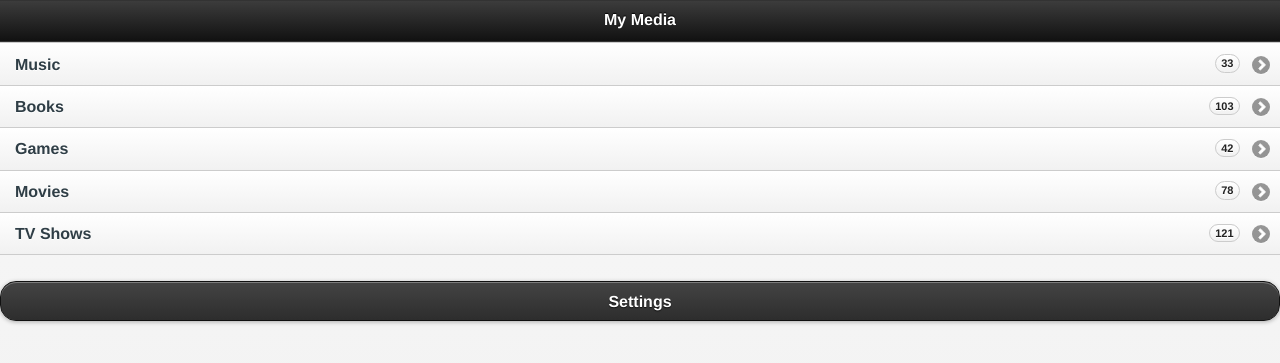
Repository: shavo0915/MediaCollectionApp
Page: MediaCollectionApp/assets/www/index.html
These files come from the project's save history. The page is drawn as it stood at one moment and after the next save; the edit follows.
The browser window is 1280 px wide. The pictures show the whole page.

Above is the page before, as saved 2013-01-30 21:11:36.

After the next save:
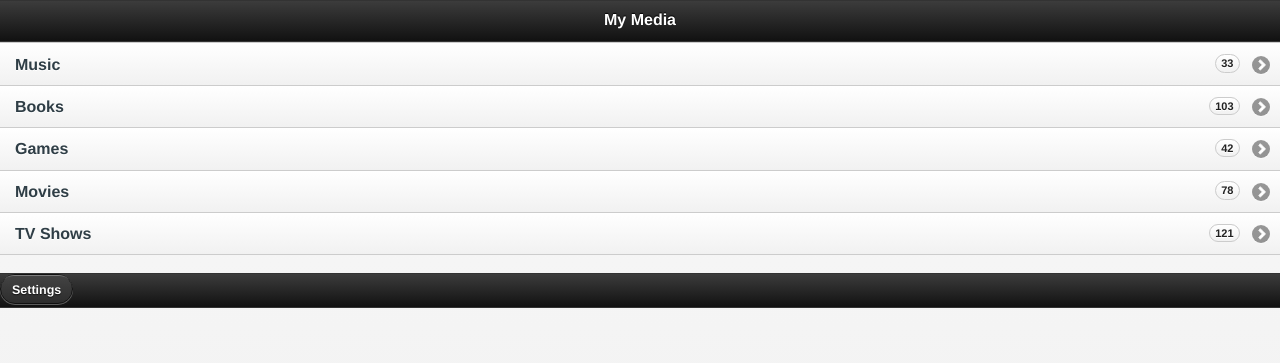
Saved 65 min 15 s later.
--- a/MediaCollectionApp/assets/www/index.html
+++ b/MediaCollectionApp/assets/www/index.html
@@ -50,7 +50,9 @@
 				&nbsp;
 			</div>
 
-			<a href="" data-role="button" data-theme="a">Settings</a>
+			<div data-role="footer">
+				<a href="" data-role="button" data-theme="a">Settings</a>
+			</div>
 
 		</ul>
 
